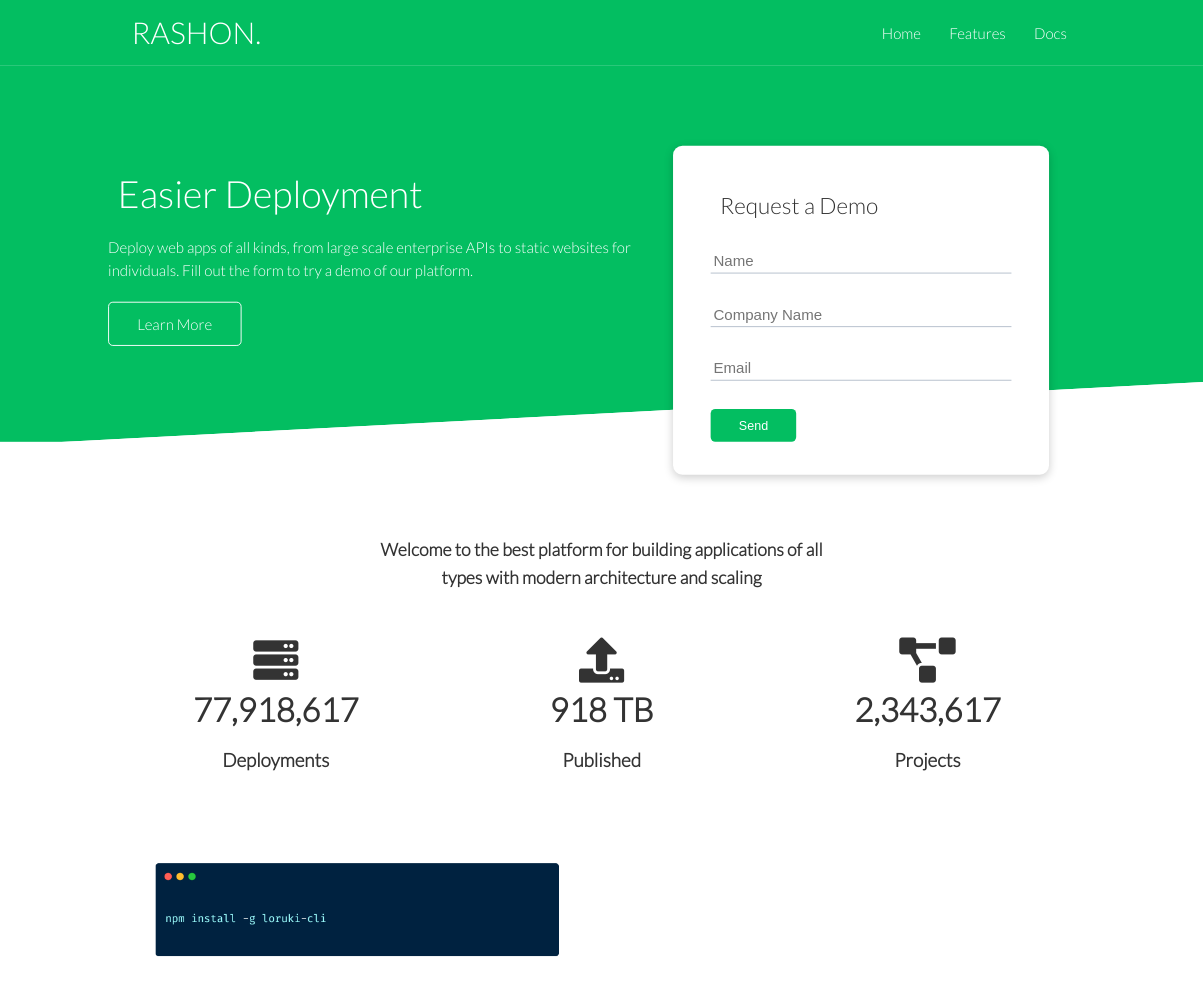
Repository: Skilis/website-modern
Page: index.html
The author's editor kept a copy of each file at every save. The page is drawn from the files as they stood at one save, then again after the next save.
The browser window is 1280 px wide. The pictures show the whole page, at 94% of full size.

Above is the page before, as saved 2020-10-23 14:49:20.

### index.html
<!DOCTYPE html>
<html lang="en">

<head>
  <meta charset="UTF-8">
  <meta name="viewport" content="width=device-width, initial-scale=1.0">
  <link rel="stylesheet" href="https://cdnjs.cloudflare.com/ajax/libs/font-awesome/5.15.1/css/all.min.css"
    integrity="sha512-+4zCK9k+qNFUR5X+cKL9EIR+ZOhtIloNl9GIKS57V1MyNsYpYcUrUeQc9vNfzsWfV28IaLL3i96P9sdNyeRssA=="
    crossorigin="anonymous" />
  <link rel="stylesheet" href="css/utilities.css">
  <link rel="stylesheet" href="css/style.css">

  <title>Rashon | Cloud Hosting For The SuperPhly</title>
</head>

<body>
  <!-- Navbar-->
  <div class="navbar">
    <div class="container flex">
      <h1 class="logo">RASHON.</h1>
      <nav>
        <ul>
          <li><a href="index.html">Home</a></li>
          <li><a href="features.html">Features</a></li>
          <li><a href="docs.html">Docs</a></li>
        </ul>
      </nav>
    </div>

  </div>

  <!-- Showcase-->

  <section class="showcase">
    <div class="container grid">
      <div class="showcase-text">
        <h1>Easier Deployment</h1>
        <p>Deploy web apps of all kinds, from large scale enterprise APIs to static websites for individuals. Fill out
          the form to try a demo of our platform.</p>
        <a href="features.html" class="btn btn-outline">Learn More</a>
      </div>

      <div class="showcase-form card">
        <h2>Request a Demo</h2>
        <form>
          <div class="form-control">
            <input type="text" name="name" placeholder="Name" required>
          </div>
          <div class="form-control">
            <input type="text" name="company" placeholder="Company Name" required>
          </div>
          <div class="form-control">
            <input type="email" name="email" placeholder="Email" required>
          </div>
          <input type="submit" value="Send" class="btn btn-primary">
        </form>
      </div>
    </div>

  </section>

  <!-- Stats-->

  <section class="stats">
    <div class="container">
      <h3 class="stats-heading text-center my-1">
        Welcome to the best platform for building applications of all types with modern architecture and scaling
      </h3>

      <div class="grid grid-3 text-center my-4">
        <div>
          <i class="fas fa-server fa-3x"></i>
          <h3>77,918,617</h3>
          <p class="text-secondary">Deployments</p>
        </div>
        <div> <i class="fas fa-upload fa-3x"></i>
          <h3>918 TB</h3>
          <p class="text-secondary">Published</p>
        </div>
        <div> <i class="fas fa-project-diagram fa-3x"></i>
          <h3>2,343,617</h3>
          <p class="text-secondary">Projects</p>
        </div>
      </div>


    </div>

  </section>

  <!-- Cli -->

  <section class="cli">
    <div class="container grid">
      <img src="images/cli.png" alt="">

    </div>
  </section>
</body>

</html>

### css/utilities.css
.container {
  max-width: 1100px;
  margin: 0 auto;
  overflow: auto;
  padding: 0 40px;
}

.card {
  background-color: #fff;
  color: #333;
  border-radius: 10px;
  box-shadow: 0 3px 10px rgba(0, 0, 0, 0.2);
  padding: 20px;
  margin: 10px;
}

.btn {
  display: inline-block;
  padding: 10px 30px;
  cursor: pointer;
  background: var(--primary-color);
  color: #fff;
  border: none;
  border-radius: 5px;
}

.btn-outline {
  background-color: transparent;
  border: 1px #fff solid;
}

.btn:hover {
  transform: scale(.98);
}

.text-center {
  text-align: center;
}

.flex {
  display: flex;
  justify-content: center;
  align-items: center;
  height: 100%;
}

.grid {
  display: grid;
  grid-template-columns: repeat(2, 1fr);
  gap: 20px;
  justify-content: center;
  align-items: center;
  height: 100%;
}

.grid-3 {
  grid-template-columns: repeat(3, 1fr);
}

/* Margin */

.my-1 {
  margin: 1rem;
}

.my-2 {
  margin: 1.5rem 0;
}

.my-3 {
  margin: 2rem 0;
}

.my-4 {
  margin: 3rem 0;
}

.my-5 {
  margin: 4rem 0;
}

.m-1 {
  margin: 1rem;
}

.m-2 {
  margin: 1.5rem;
}

.m-3 {
  margin: 2rem;
}

.m-4 {
  margin: 3rem;
}

.m-5 {
  margin: 4rem;
}

/* Padding */

.py-1 {
  padding: 1rem;
}

.py-2 {
  padding: 1.5rem 0;
}

.py-3 {
  padding: 2rem 0;
}

.py-4 {
  padding: 3rem 0;
}

.py-5 {
  padding: 4rem 0;
}

.p-1 {
  padding: 1rem;
}

.p-2 {
  padding: 1.5rem;
}

.p-3 {
  padding: 2rem;
}

.p-4 {
  padding: 3rem;
}

.p-5 {
  padding: 4rem;
}

### css/style.css
@import url('https://fonts.googleapis.com/css2?family=Lato:wght@300&display=swap');

:root {
  --primary-color: #03be61;
}

* {
  box-sizing: border-box;
  padding: 0;
  margin: 0;
}

body {
  font-family: 'Lato', sans-serif;
  color: #333;
  line-height: 1.6;
}

ul {
  list-style-type: none;
}

a {
  text-decoration: none;
  color: #333;
}

h1,
h2 {
  font-weight: 300;
  line-height: 1.2;
  margin: 10px;
}

p {
  margin: 10px 0;
}

img {
  width: 100%;
}

/* Navrbar*/

.navbar {
  background-color: var(--primary-color);
  color: #fff;
  height: 70px;
}

.navbar ul {
  display: flex;
}

.navbar a {
  color: #fff;
  padding: 10px;
  margin: 0 5px;
}

.navbar a:hover {
  border-bottom: 2px white solid;
}

.navbar .flex {
  justify-content: space-between;
}

/* Showcase*/

.showcase {
  height: 400px;
  background-color: var(--primary-color);
  color: white;
  position: relative;
}

.showcase h1 {
  font-size: 40px;
}

.showcase p {
  margin: 20px 0;
}

.showcase .grid {
  overflow: visible;
  grid-template-columns: 55% 45%;
  gap: 30px;
}

.showcase-form {
  position: relative;
  top: 60px;
  height: 350px;
  width: 400px;
  padding: 40px;
  z-index: 100;
}

.showcase-form .form-control {
  margin: 30px 0;
}

.showcase-form input[type='text'],
.showcase-form input[type='email'] {
  border: 0;
  border-bottom: 1px solid #b4becb;
  width: 100%;
  padding: 3px;
  font-size: 16px;
}

.showcase-form input:focus {
  outline: none;
}

.showcase::before,
.showcase::after {
  content: '';
  position: absolute;
  height: 100px;
  bottom: -70px;
  right: 0;
  left: 0;
  background: white;
  transform: skewY(-3deg);
  -webkit-transform: skewY(-3deg);
  -moz-transform: skewY(-3deg);
  -ms-transform: skewY(-3deg);
}

/* Stats */

.stats {
  padding-top: 100px;
}

.stats-heading {
  max-width: 500px;
  margin: auto;
}

.stats .grid h3 {
  font-size: 35px;
}

.stats .grid p {
  font-size: 20px;
  font-weight: bold;
}

After the next save:
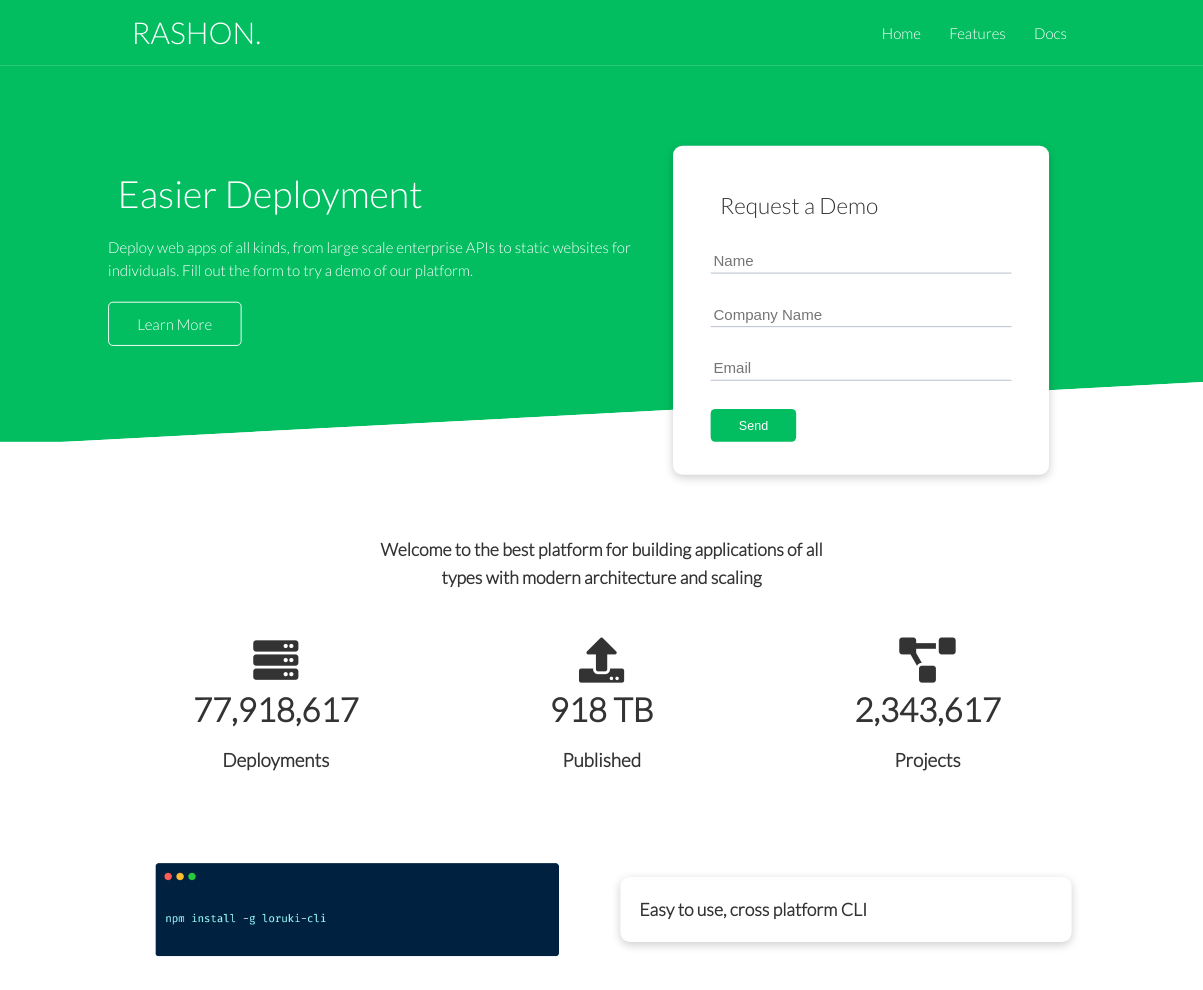
Saved 48 s later.
--- a/index.html
+++ b/index.html
@@ -93,6 +93,10 @@
   <section class="cli">
     <div class="container grid">
       <img src="images/cli.png" alt="">
+      <div class="card">
+        <h3>Easy to use, cross platform CLI</h3>
+
+      </div>
 
     </div>
   </section>
